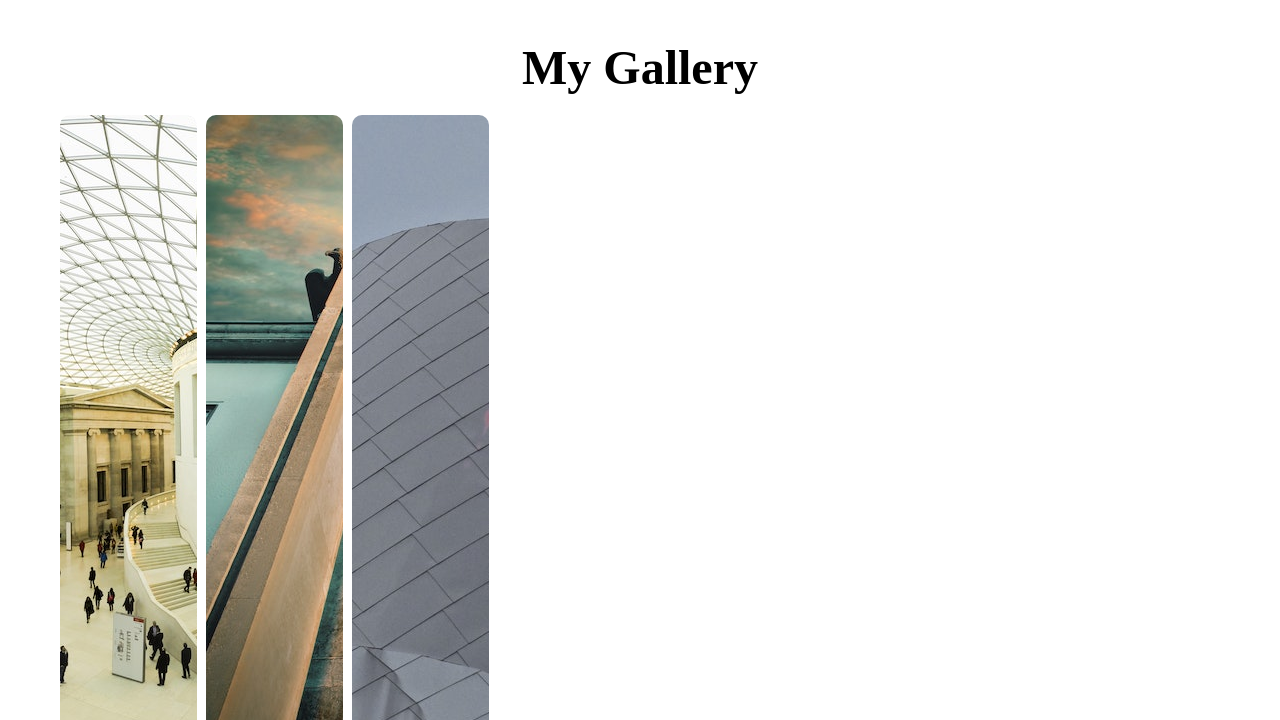
Repository: shoaib-1729/Web-Dev-Course_Dot-Batch_Love-Babbar
Page: 03_CSS Sessions Basics/05_CSS-Projects-Unwrap-Class/04_Code-Practice-unwrapClass/image-gallery-project/index.html
These files come from the project's save history. The page is drawn as it stood at one moment and after the next save; the edit follows.
The browser window is 1280 px wide. The pictures show the whole page.
An inner scrolling area shows only its first screen.

Above is the page before, as saved 2023-08-10 00:14:22.

After the next save:
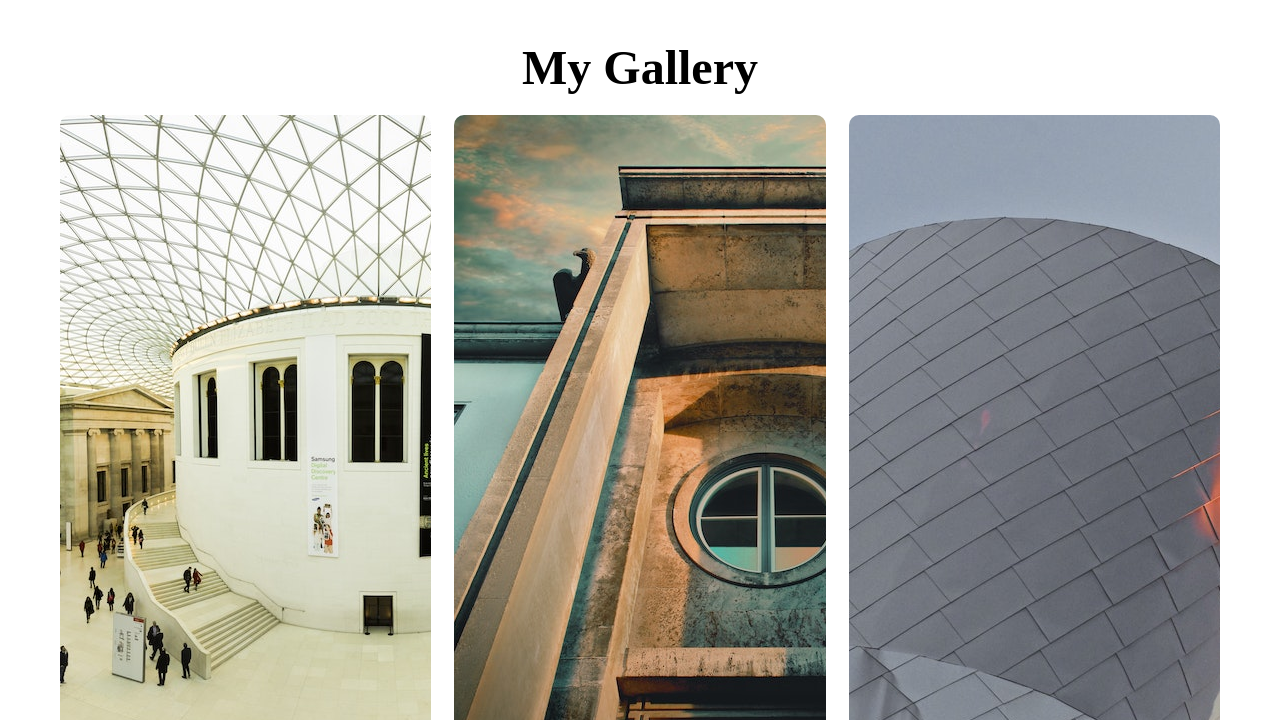
Saved 48 s later.
--- a/03_CSS Sessions Basics/05_CSS-Projects-Unwrap-Class/04_Code-Practice-unwrapClass/image-gallery-project/styles.css
+++ b/03_CSS Sessions Basics/05_CSS-Projects-Unwrap-Class/04_Code-Practice-unwrapClass/image-gallery-project/styles.css
@@ -28,7 +28,6 @@
     display: flex;
     flex-wrap: wrap;
     justify-content: space-between;
-    width: 37%;
 }
 
 .card {
